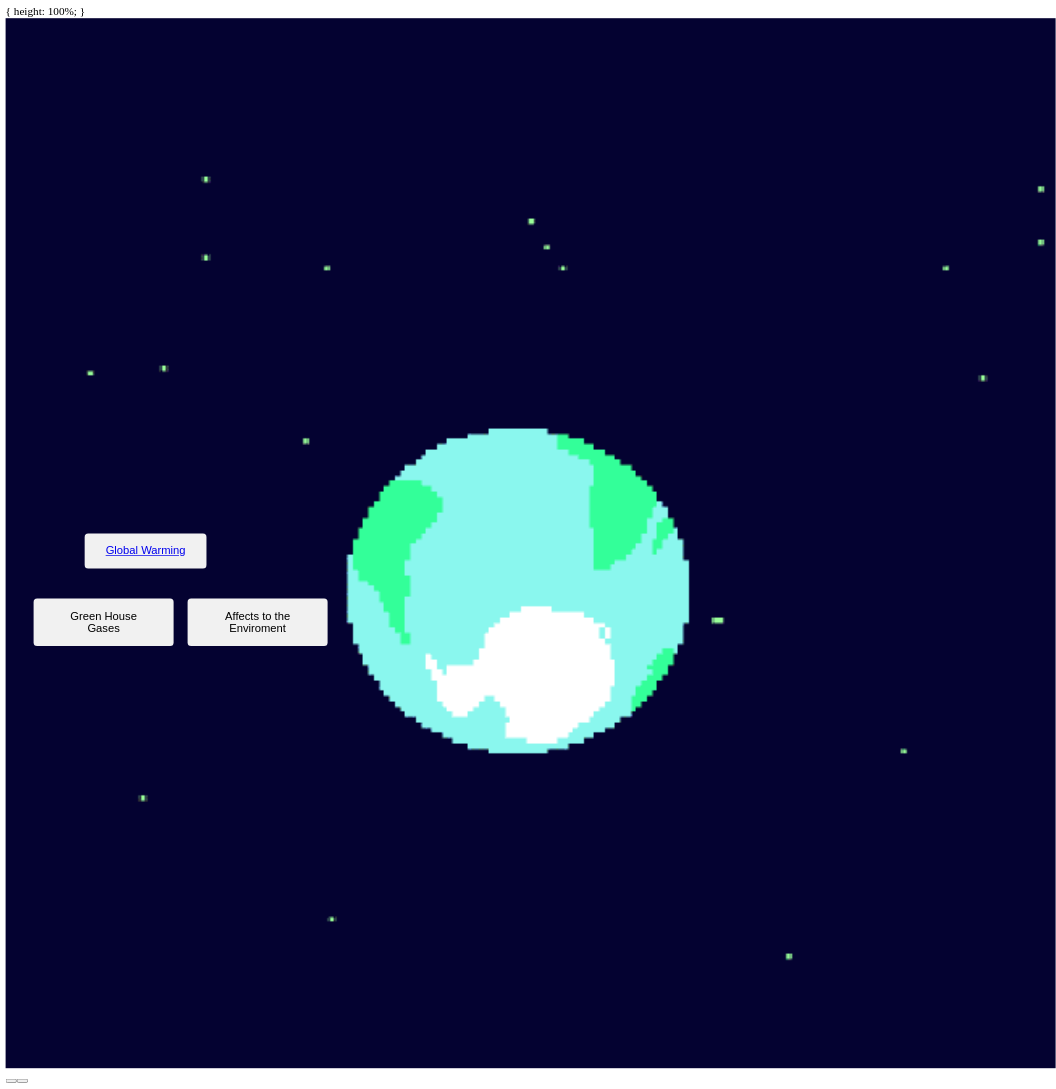
Repository: Alejandra-Pelayo/Alejandra-Pelayo.github.io
Page: 2.1.4/button_example.html
The author's editor kept a record of every edit. The page is drawn from the files as they stood at one moment, then again after the next edit.
The browser window is 1280 px wide. The page is 1508 px wide, then 1500 px, so the pictures cover 1508 px, including what lies to the right of the window. The pictures show the part of the page from y = 0 to 1640 px (the page is 1556 px tall before and 2260 px after), at 70% of full size.

Above is the page before.

### 2.1.4/button_example.html
<!DOCTYPE html>
<html>
<head>
<style>
.container {
  position: relative;
  width: 100%;
  max-width: 400px;
}

.container img {
  width: 100%;
  height: auto;
}

.container .btn {
  position: absolute;
  top: 50%;
  left: 50%;
  transform: translate(-20%, -20%);
  -ms-transform: translate(-20%, -20%);
  background-color: #f1f1f1;
  color: black;
  font-size: 16px;
  padding: 16px 30px;
  border: none;
  cursor: pointer;
  border-radius: 5px;
  text-align: center;
}

.container .btn:hover {
  background-color: black;
  color: white;
}







.container .btn2 {
  position: absolute;
  top: 50%;
  left: 50%;
  transform: translate(-80%, 100%);
  -ms-transform: translate(-80%, -80%);
  background-color: #f1f1f1;
  color: black;
  font-size: 16px;
  padding: 16px 30px;
  border: none;
  cursor: pointer;
  border-radius: 5px;
  text-align: center;
}




.container .btn3 {
  position: absolute;
  top: 50%;
  left: 50%;
  transform: translate(30%, 100%);
  -ms-transform: translate(-80%, -80%);
  background-color: #f1f1f1;
  color: black;
  font-size: 16px;
  padding: 16px 30px;
  border: none;
  cursor: pointer;
  border-radius: 5px;
  text-align: center;
}






</style>
</head>
<body>
   {
  height: 100%;
}


<link href="button.css" rel="stylesheet" type="text/css">
<div class="container">
  <img src="world_gif.gif" alt="Computer Man" style="width:1500px;height 768px;">
<a href="Enviromental.html">
  <button class="btn"> Global Warming<Button</button>
<a href = "Green_House.html">
  <button class ="btn2"> Green House Gases <Button/button>
<a href = "animals.html">
  <button class ="btn3"> Affects to the Enviroment <Button/button>

</div>

</body>
</html>

### button.css
.container {
  position: relative;
  width: 100%;
  max-width: 400px;
}

.container img {
  width: 100%;
  height: auto;
}

.container .btn {
  position: absolute;
  top: 50%;
  left: 50%;
  transform: translate(-50%, -50%);
  -ms-transform: translate(-50%, -50%);
  background-color: #f1f1f1;
  color: black;
  font-size: 16px;
  padding: 16px 30px;
  border: none;
  cursor: pointer;
  border-radius: 5px;
  text-align: center;
}

.container .btn:hover {
  background-color: black;
  color: white;
}






.container {
  position: relative;
  width: 100%;
  max-width: 400px;
}

.container img {
  width: 100%;
  height: auto;
}

.container .button {
  position: absolute;
  top: 50%;
  left: 50%;
  transform: translate(-40%, -40%);
  -ms-transform: translate(-40%, -40%);
  background-color: #f1f1f1;
  color: black;
  font-size: 16px;
  padding: 16px 30px;
  border: none;
  cursor: pointer;
  border-radius: 5px;
  text-align: center;
}

.container .button:hover {
  background-color: black;
  color: white;
}






.bg {
  background-image: url("world_gif.gif");


  height: 100%;


  background-position: center;
  background-repeat: no-repeat;
  background-size: cover;
}

img.bg {
  /* Set rules to fill background */
  min-height: 100%;
  min-width: 1024px;

  /* Set up proportionate scaling */
  width: 100%;
  height: auto;

  /* Set up positioning */
  position: fixed;
  top: 0;
  left: 0;
}

@media screen and (max-width: 1024px) { /* Specific to this particular image */
  img.bg {
    left: 50%;
    margin-left: -512px;   /* 50% */
  }
}

After the next edit:
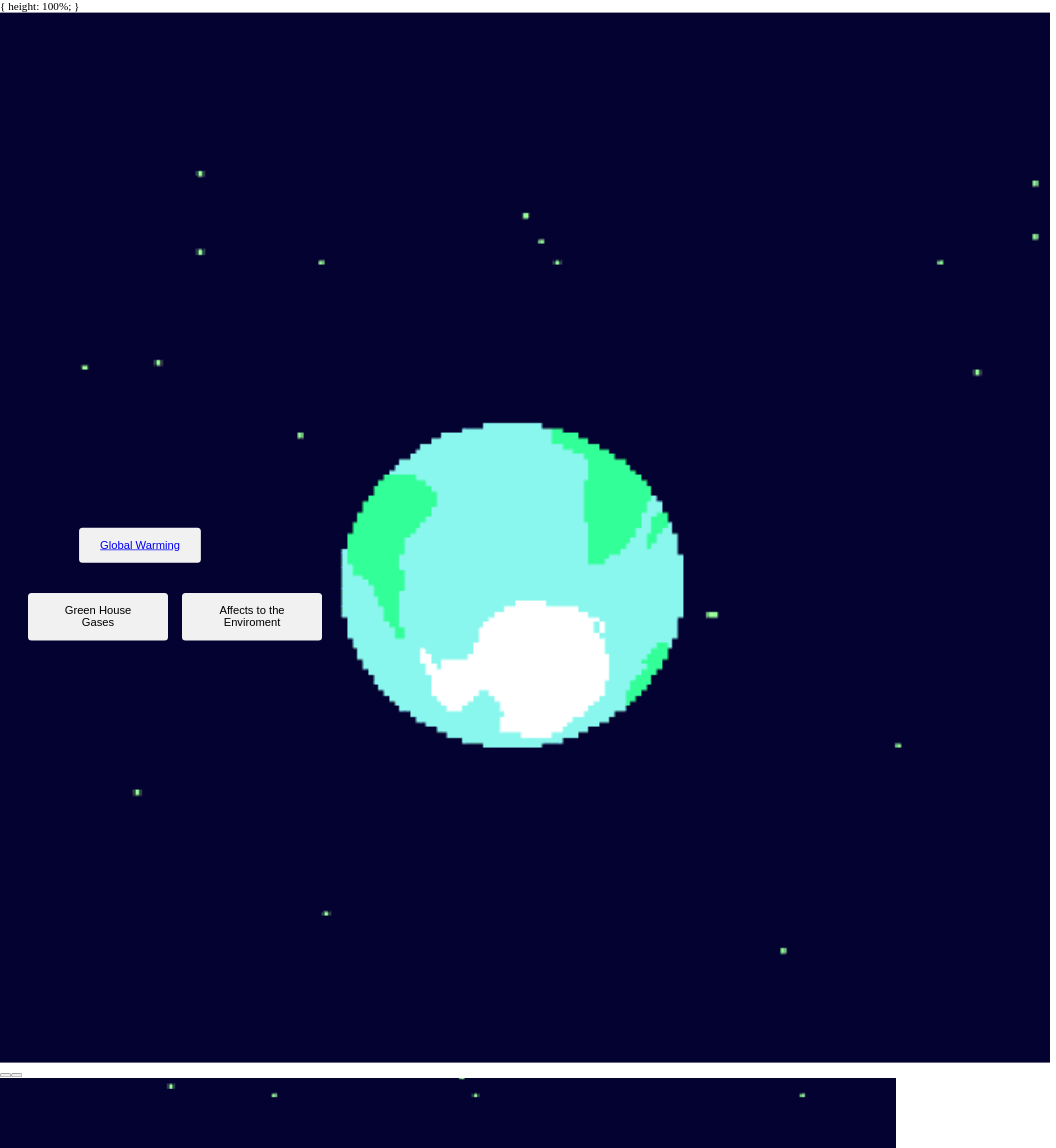
The edit:
--- a/2.1.4/button_example.html
+++ b/2.1.4/button_example.html
@@ -102,3 +102,29 @@
 
 </body>
 </html>
+<html>
+<head>
+<meta name="viewport" content="width=device-width, initial-scale=1">
+<style>
+body, html {
+  height: 100%;
+  margin: 0;
+}
+
+.bg {
+  /* The image used */
+  background-image: url("world_gif.gif");
+
+  /* Full height */
+  height: 100%;
+
+  /* Center and scale the image nicely */
+  background-position: center;
+  background-repeat: no-repeat;
+  background-size: cover;
+}
+</style>
+</head>
+<body>
+
+<div class="bg"></div>
